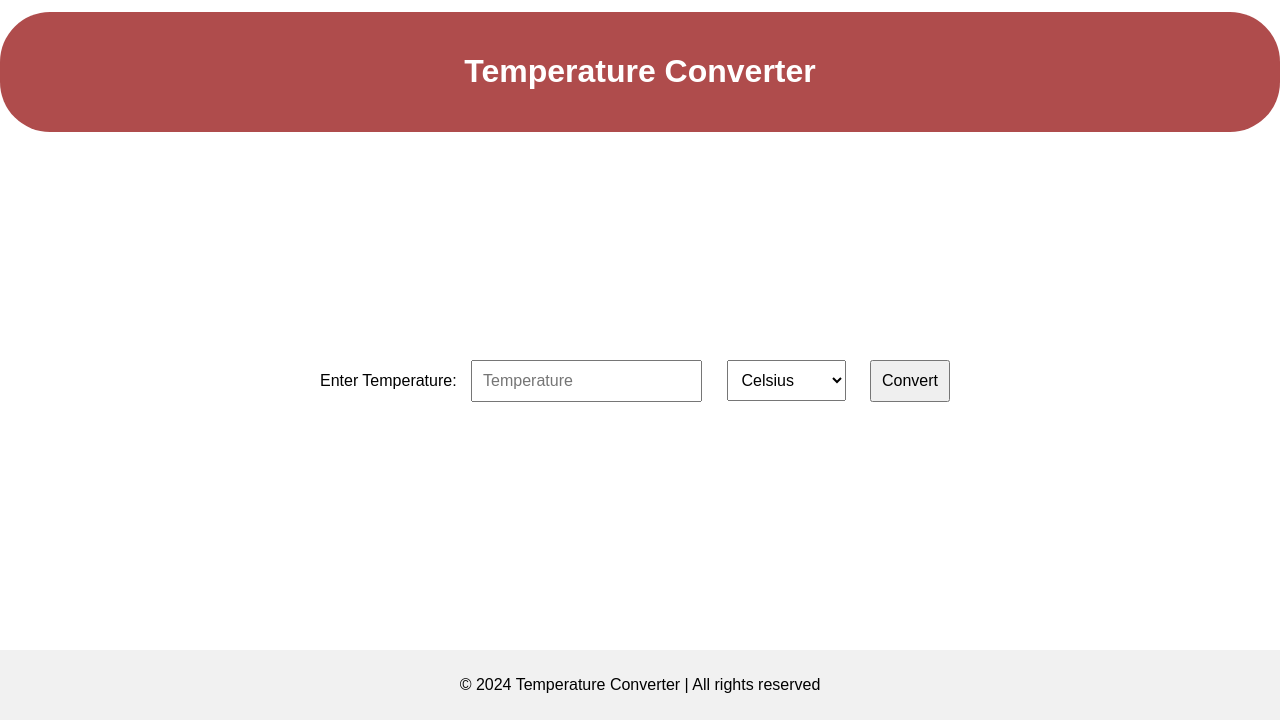
Repository: akhiranandan-04/Temperature-Converter
Page: index.html
The author's editor kept a copy of each file at every save. The page is drawn from the files as they stood at one save, then again after the next save.
The browser window is 1280 px wide. The pictures show the whole page.

Above is the page before, as saved 2024-10-19 13:10:25.

### index.html
<!DOCTYPE html>
<html lang="en">
<head>
    <meta charset="UTF-8">
    <meta name="viewport" content="width=device-width, initial-scale=1.0">
    <title>Temperature Converter</title>
    <link rel="stylesheet" href="style.css">
</head>
<body>
    <header>
        <h1>Temperature Converter</h1>
    </header>

    <div class="converter">
        <div class="background">
        <label for="tempInput">Enter Temperature:</label>
        <input type="number" id="tempInput" placeholder="Temperature">

        <select id="tempType">
            <option value="C">Celsius</option>
            <option value="F">Fahrenheit</option>
        </select>

        <button onclick="convertTemp()">Convert</button>

        <p id="result"></p>
        </div>
    </div>

    <footer>
        <p>&copy; 2024 Temperature Converter | All rights reserved</p>
    </footer>

    <script src="script.js"></script>
</body>
</html>

### style.css
body {
    font-family: Arial, sans-serif;
    display: flex;
    flex-direction: column;
    justify-content: space-between;
    min-height: 100vh;
    margin: 0;
}

header {
    text-align: center;
    background-color: #af4c4c;
    padding: 20px;
    color: white;
    border-radius: 50px;
    margin-top: 12px;
}

.converter {
    display: flex;
    flex-direction: column;
    align-items: center;
    justify-content: center;
    flex: 1;
    background-color:white;
}

.converter input, .converter select, .converter button {
    margin: 10px;
    padding: 10px;
    font-size: 16px;
}

.converter p {
    font-size: 20px;
    font-weight: bold;
}

footer {
    text-align: center;
    padding: 10px;
    background-color: #f1f1f1;
}

### script.js
function convertTemp() {
    let temp = document.getElementById('tempInput').value;
    let tempType = document.getElementById('tempType').value;
    let resultText = '';

    if (temp === '') {
        resultText = 'Please enter a temperature!';
    } else {
        temp = parseFloat(temp);
        if (tempType === 'C') {
            // Celsius to Fahrenheit
            let convertedTemp = (temp * 9/5) + 32;
            resultText = `${temp}°C is ${convertedTemp.toFixed(2)}°F`;
        } else if (tempType === 'F') {
            // Fahrenheit to Celsius
            let convertedTemp = (temp - 32) * 5/9;
            resultText = `${temp}°F is ${convertedTemp.toFixed(2)}°C`;
        }
    }

    document.getElementById('result').innerText = resultText;
}

After the next save:
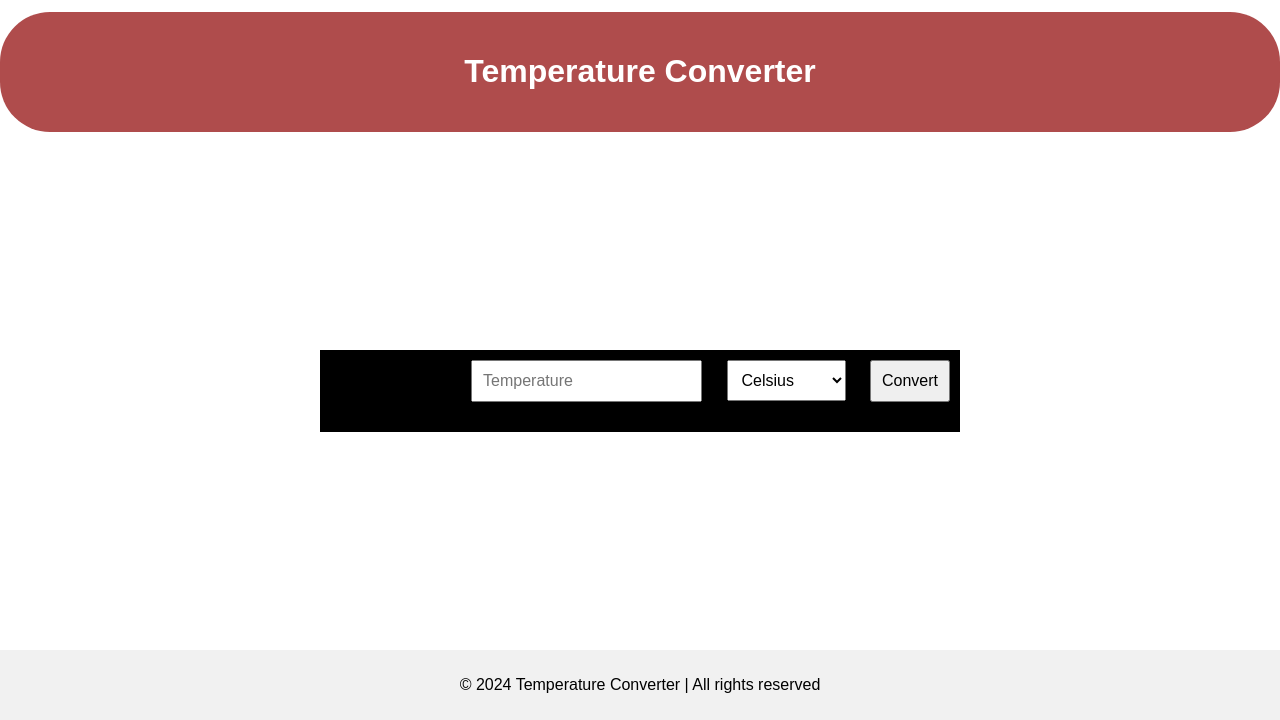
Saved 41 s later.
--- a/style.css
+++ b/style.css
@@ -25,6 +25,9 @@ header {
     background-color:white;
 }
 
+.background{
+    background-color: black
+}
 .converter input, .converter select, .converter button {
     margin: 10px;
     padding: 10px;
